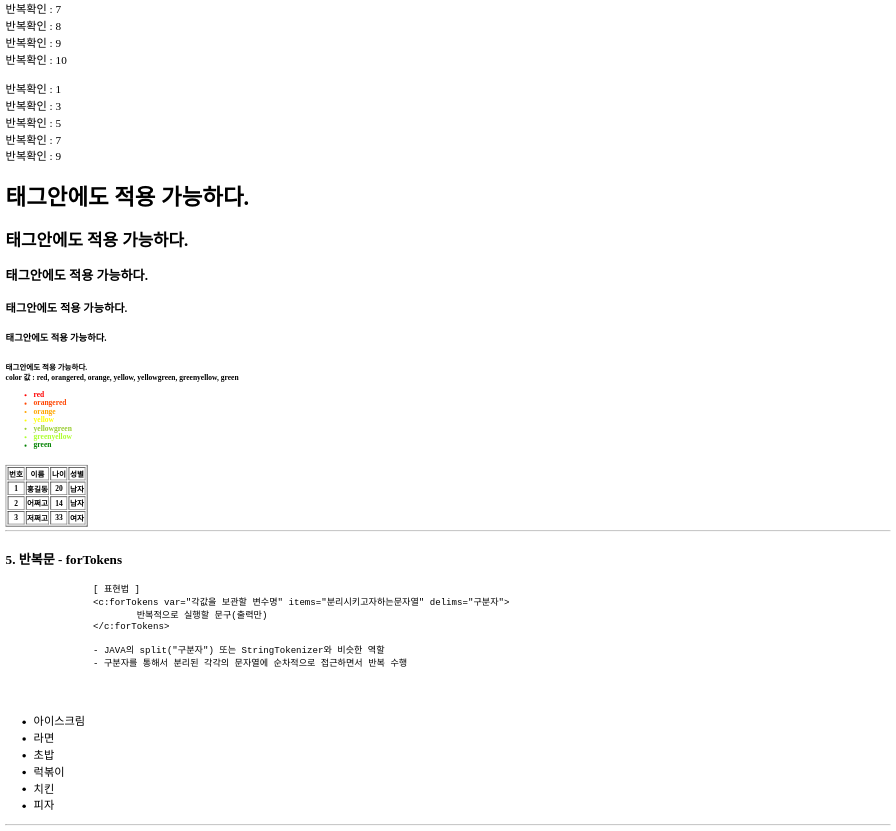
Repository: DonghwanSon1/ajax-jsp-study
Page: http://localhost/ActionProject/views/3_CustomAction/01_core.jsp
The author's editor kept a copy of each file at every save. The page is drawn from the files as they stood at one save, then again after the next save.
The browser window is 1280 px wide. The pictures show the part of the page from y = 2003 to 3923 px (the page is 3190 px tall before and 3923 px after), at 70% of full size.
The page is served by Tomcat 9. Other server files are loaded and not shown.

Above is the page before, as saved 2022-07-13 01:08:10.

### ActionProject/WebContent/views/3_CustomAction/01_core.jsp
<%@ page language="java" contentType="text/html; charset=UTF-8"
    pageEncoding="UTF-8"%>
<%@ taglib prefix="c" uri="http://java.sun.com/jsp/jstl/core" %>
<!DOCTYPE html>
<html>
<head>
<meta charset="UTF-8">
<title>정말 중요한 core 페이지</title>
</head>
<body>


	<h1>JSTL Core Library</h1>

	<h3>1. 변수(속성 == attribute)</h3>

	<pre>
		* 변수 선언 (&lt;c:set var="변수명" value="리터럴" scope="스코프영역지정(생략가능)" /&gt;)
		- 변수를 선언하고 초기값을 대입해두는 기능을 제공
		- 더나아가서 해당 변수를 어떤 scope영역에 담아둘건지 지정 가능함
			(scope속성 생략 시 pageScope에 담김)
		=> 즉, 해당 scope영역에 setAttribute라는 메서드를 이용해서
			key + value형태로 데이터를 담아둔다라고 생각하면 된다.
		=> c:set을 통해 선언된 변수는 EL로 접근해서 사용 가능 (스크립팅 원소로는 접근 불가능)

		* 주의사항
		- 변수의 타입을 별도로 지정하지 않음(초기값을 반드시 지정해둬야됌!!!)
	</pre>

	<c:set var="num1" value="10"></c:set> <!-- pageScope에 담김 pageContext.setAttribute("num1", "10"); -->
	<c:set var="num2" value="20" scope="request"></c:set> <!-- requestScope에 담김 request.setAttribute("num2", "20"); -->

	num1의 변수값 : ${ num1 } <br>
	num2의 변수값 : ${ num2 } <br>

	<c:set var="result" value="${ num1 + num2 }" scope="session"></c:set>

	result변수값 : ${ result } <br>

	<!--
		변수명만 제시하면 공유범위가 작은 곳에서부터 찾음
		: 티가 나지는 않지만 속도가 느려질수도 있다.(스코프영역.변수명 을 권장)
	 -->

	${ pageScope.num1 } <br>
	${ requestScope.num2 } <br>
	${ sessionScope.result } <br><br>

	<c:set var="result" scope="request"	>9999</c:set>
	<!-- value속성 말고 시작태그와 종료태그 사이에도 대입할 값을 기술 가능 -->

	${ requestScope.result } <br>
	${ sessionScope.result } <br>

	<hr>

	<pre>
		* 변수 삭제(&lt;c:remove var="제거하고자하는 변수명" scope="스코프영역지정가능(생략가능)" /&gt;)
		- 해당 변수를 scope에서 찾아서 제거하는 태그
		- scope지정 생략시 모든 scope에서 해당 변수를 다 찾아서 제거함
		=> 즉, 해당 scope에 .removeAttribute("키값"); 이용해서 제거하는거라고 생각하면 된다.
	</pre>

	삭제 전 result : ${ result } <br>
	1) 특정 scope를 지정해서 삭제 <br>
	<c:remove var="result" scope="request" />

	request 삭제 후 result : ${ result } <br>

	2) 모든 scope에서 삭제 <br>
	<c:remove var="result" />
	모든 scope에서 삭제 후 result : ${ result } <br>

	<hr>

	<pre>
		* 변수 출력(&lt;c:out value="출력하고자하는값" default="기본값(생략가능)" escapeXml="true(기본값, 생략가능) / false" /&gt;)
		- 데이터를 출력하고자 할 때 사용하는 태그
		- default : 기본값, value 속성에 출력하고자 하는 값이 없을 경우 대체해서 기본값으로 출력할 내용물을 기술(생략가능)

	</pre>

	result를 EL로 출력 : ${ result } <br>
	result를 c:out으로 출력 : <c:out value="${ result }" /> <br>
	result를 c:out으로 출력할건데 default를 지정해서 출력 : <c:out value="${ result }" default="값이 없음" /> <br><br>

	<!-- escapeXml 테스트 -->
	<!-- 테스트하기 위한 변수 선언 -->
	<c:set var="outTest" value="<b>출력테스트</b>" />

	outTest를 c:out으로 출력할건데 esxapeXml 속성을 생략하고 출력(true) : <c:out value="${ outTest }"/> <br>
	outTest를 c:out으로 출력할건데 escapeXml 속성을 false로 지정하고 출력 : <c:out value="${ outTest }" escapeXml="false" />

	<hr>

	<h3>2. 조건문 - if(&lt;c:if test="조건식"&gt; 조건이 true일 경우 실행할 내용물 &lt;/c:if&gt;)</h3>

	<pre>
		- JAVA의 단일 if문과 비슷한 역할을 하는 태그
		- 조건식을 test라는 속성에 작성 (*** 조건을 작성할 경우에는 반드시 EL구문으로 작성함 ***)
	</pre>

	<%--
	기존방식
	<% if(num1 > num2) { %>
		쏼라쏼라
	<% } %>
	--%>

	<c:if test="${ num1 gt num2 }" >
		<b>num1이 num2보다 큽니다.</b>
	</c:if>

	<c:if test="${ num1 le num2 }">
		<b>num1이 num2보다 작거나 같습니다.</b>
	</c:if>

	<br>

	<c:set var="str" value="안녕하세요" />

	<c:if test="${ str eq '안녕하세요' }" >
		<mark>안녕하세요가 맞습니다.</mark>
	</c:if>

	<c:if test="${ str ne '안녕하세요' }" >
		<mark>안녕하세요가 아닙니다.</mark>
	</c:if>

	<br>

	<h3>3. 조건문 - choose, when, otherwise </h3>

	<pre>
		[ 표현법 ]
		&lt;c:choose&gt;
			&lt;c:when test="조건1"&gt; ~~~ &lt;/c:when&gt;
			&lt;c:when test="조건2"&gt; ~~~ &lt;/c:when&gt;
			...
			&lt;c:otherwise&gt; ~~~~ &lt;/c:otherwise&gt; => else블럭에 해당됌, switch문의 default
		&lt;/c:choose&gt;

		- JAVA의 if-else if문, switch문과 비슷한 역할을 하는 태그
		- 각 조건들을 c:choose의 하위요소로 c:when을 통해서 작성
		- c:otherwise에는 조건을 적어주지 않음
	</pre>

	<c:choose>
		<c:when test="${ num1 eq 20 }">
			<b>처음 뵙겠습니다.</b>
		</c:when>
		<c:when test="${ num1 eq 10 }">
			<b>또 만났네요. </b>
		</c:when>
		<c:otherwise>
			<b>난 다 아니야~</b>
		</c:otherwise>
	</c:choose>

	<hr>

	<h3>4. 반복문 - forEach </h3>

	<pre>
		[ 표현법 ]
		for loop 문
		&lt;c:forEach var="변수명" begin="초기값" end="끝값" step="증가시킬값(생략가능)"&gt;
			반복적으로 실행할 코드
		&lt;/c:forEach&gt;
		=> step을 생략 시 기본값은 1임(step="1")

		향상된 for문
		&lt;c:forEach var="변수명" items="순차적으로 접근할 배열명 또는 컬렉션 명" &gt;
			반복적으로 실행할 코드
		&lt;/c:forEach&gt;

		var속성으로 선언된 변수에 접근하고자 할때는 반드시 EL구문으로 접근
	</pre>

	<!-- for loop문 -->

	<c:forEach var="i" begin="1" end="10">
		반복확인 : ${ i } <br>
	</c:forEach>

	<br>

	<c:forEach var="i" begin="1" end="10" step="2">
		반복확인 : ${ i } <br>
	</c:forEach>

	<!-- 태그 안에도 적용 가능 -->

	<c:forEach var="i" begin="1" end="6">
		<h${ i }> 태그안에도 적용 가능하다. </h>
	</c:forEach>

	<br>

	<!-- 향상된 for문 -->
	<!-- 테스트를 위한 배열 만들기 -->
	<c:set var="colors">
		red, orangered, orange, yellow, yellowgreen, greenyellow, green
	</c:set><!-- 배열과 같은 역할 -->

	color 값 : ${ colors } <br>

	<ul>
		<c:forEach var="c" items="${ colors }">
			<!-- 태그안에도 적용 가능 -->
			<li style="color:${ c };">${ c }</li>
		</c:forEach>
	</ul>

	<br>

	<!-- 최종 응용 -->
	<%@ page import="java.util.ArrayList, com.kh.model.vo.Person" %>
	<%
		// 여기는 사실 컨트롤러다.
		ArrayList<Person> list = new ArrayList();
		list.add(new Person("홍길동", 20, "남자"));
		list.add(new Person("어쩌고", 14, "남자"));
		list.add(new Person("저쩌고", 33, "여자"));

		//request.setAttribute("pList", list);
		// 여기까지 코드가 원래 이페이지가 응답되기 전에 서블릿에서 완성했어야 하는 코드
	%>

	<c:set var="pList" value="<%= list %>" scope="request"></c:set>

	<table border="1" >
		<thead>
			<th>번호</th>
			<th>이름</th>
			<th>나이</th>
			<th>성별</th>
		</thead>
		<tbody>
		<%--
			기존방식
			<% if(pList.isEmpty()) { %>
				없습니다.
			<% } else { %>
				<% for(Person p : pList) { %>
					<tr>
						<td><%= p.get ~~~ %> </td>
						<td><%= p.get ~~~ %> </td>
						<td><%= p.get ~~~ %> </td>
					</tr>
				<% } %>
			<% } %>
		--%>

		<c:choose>
			<c:when test="${ empty pList }">
				<tr align="center">
					<td colspan="3"> 없으요~ </td>
				</tr>
			</c:when>
			<c:otherwise>
				<c:forEach var="p" items="${ requestScope.pList }" varStatus="status">
					<tr align="center">
						<td>${ status.count}</td>
						<td>${ p.name }</td>
						<td>${ p.age }</td>
						<td>${ p.gender }</td>
					</tr>
				</c:forEach>
			</c:otherwise>
		  </c:choose>
		</tbody>
	</table>

	<hr>

	<h3>5. 반복문 - forTokens</h3>

	<pre>
		[ 표현법 ]
		&lt;c:forTokens var="각값을 보관할 변수명" items="분리시키고자하는문자열" delims="구분자"&gt;
			반복적으로 실행할 문구(출력만)
		&lt;/c:forTokens&gt;

		- JAVA의 split("구분자") 또는 StringTokenizer와 비슷한 역할
		- 구분자를 통해서 분리된 각각의 문자열에 순차적으로 접근하면서 반복 수행
	</pre>

	<br>

	<!-- 테스트할 문자열 변수 만들기 -->
	<c:set var="foods" value="아이스크림, 라면, 초밥, 럭볶이. 치킨/피자" />

	<ul>
		<c:forTokens var="f" items="${ foods }" delims=",./">
			<li>${ f }</li>
		</c:forTokens>
	</ul>

	<hr>



















</body>
</html>

### ActionProject/src/com/kh/model/vo/Person.java
package com.kh.model.vo;

public class Person {

	private String name;
	private int age;
	private String gender;

	public Person() {}

	public Person(String name, int age, String gender) {
		super();
		this.name = name;
		this.age = age;
		this.gender = gender;
	}

	public String getName() {
		return name;
	}

	public void setName(String name) {
		this.name = name;
	}

	public int getAge() {
		return age;
	}

	public void setAge(int age) {
		this.age = age;
	}

	public String getGender() {
		return gender;
	}

	public void setGender(String gender) {
		this.gender = gender;
	}

	@Override
	public String toString() {
		return "Person [name=" + name + ", age=" + age + ", gender=" + gender + "]";
	}



}

After the next save:
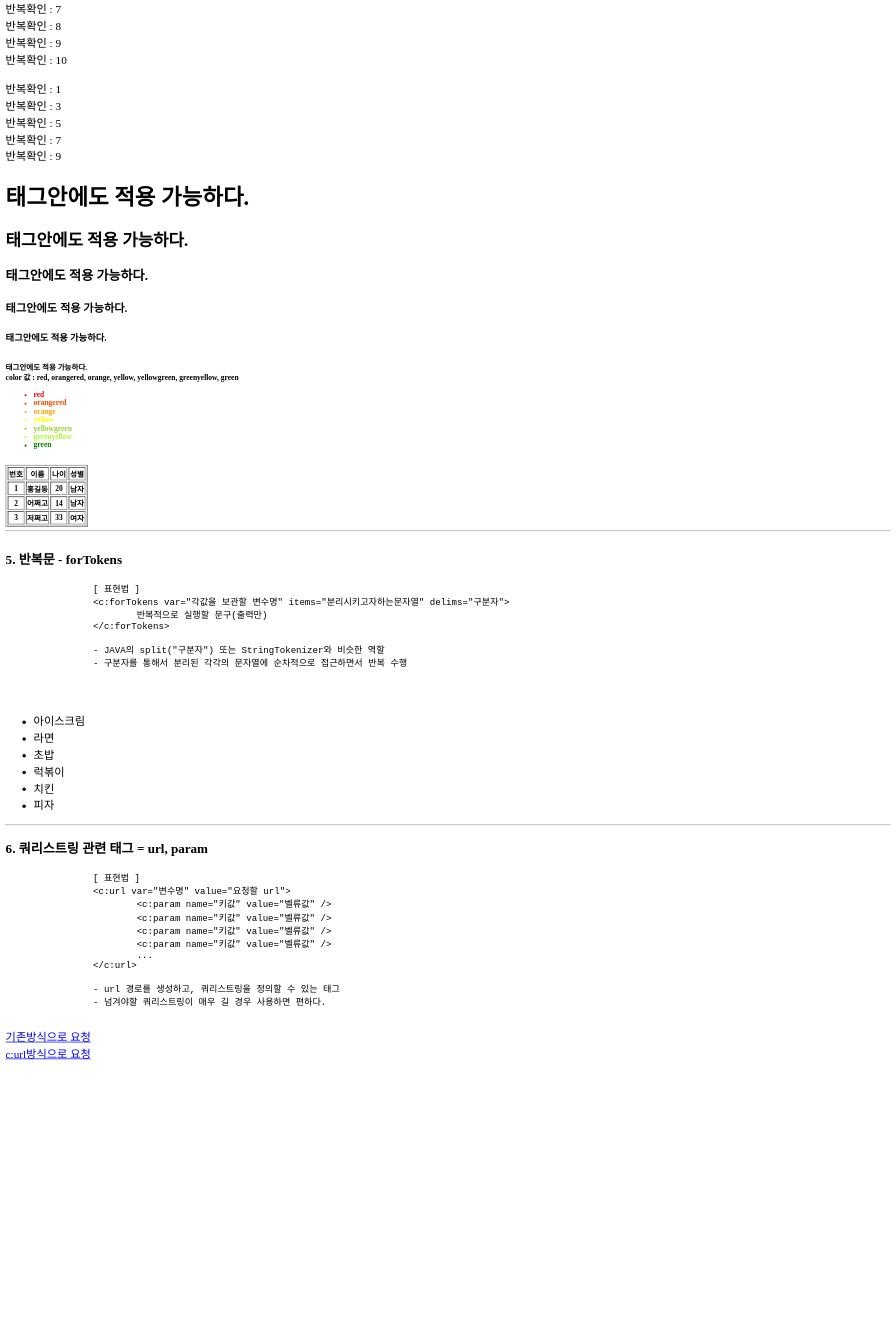
Saved 8 min 43 s later.
--- a/ActionProject/WebContent/views/3_CustomAction/01_core.jsp
+++ b/ActionProject/WebContent/views/3_CustomAction/01_core.jsp
@@ -299,23 +299,53 @@
 
 	<hr>
 
-
-
-
-
-
-
-
-
-
-
-
-
-
-
-
-
-
-
+	<h3>6. 쿼리스트링 관련 태그 = url, param</h3>
+
+	<pre>
+		[ 표현법 ]
+		&lt;c:url var="변수명" value="요청할 url"&gt;
+			&lt;c:param name="키값" value="벨류값" /&gt;
+			&lt;c:param name="키값" value="벨류값" /&gt;
+			&lt;c:param name="키값" value="벨류값" /&gt;
+			&lt;c:param name="키값" value="벨류값" /&gt;
+			...
+		&lt;/c:url&gt;
+
+		- url 경로를 생성하고, 쿼리스트링을 정의할 수 있는 태그
+		- 넘겨야할 쿼리스트링이 매우 길 경우 사용하면 편하다.
+	</pre>
+
+	<a href="list.do?cPage=1&num=2&name=abc&food=pizza">기존방식으로 요청 </a> <br>
+
+	<!-- c:url을 이용 -->
+	<c:url var="query" value="list.do">
+		<c:param name="cPage" value="1" />
+		<c:param name="num" value="2" />
+		<c:param name="name" value="abc" />
+		<c:param name="food" value="pizza" />
+	</c:url>
+
+	<!-- 만들어진 요청을 보내야 할때 -->
+	<a href="${ query }">c:url방식으로 요청</a>
+
+
+
+
+
+
+
+
+
+
+
+
+
+
+
+
+
+
+
+<br><br><br><br><br><br><br><br><br><br><br><br><br><br><br><br><br><br><br><br><br><br><br>
 </body>
 </html>
